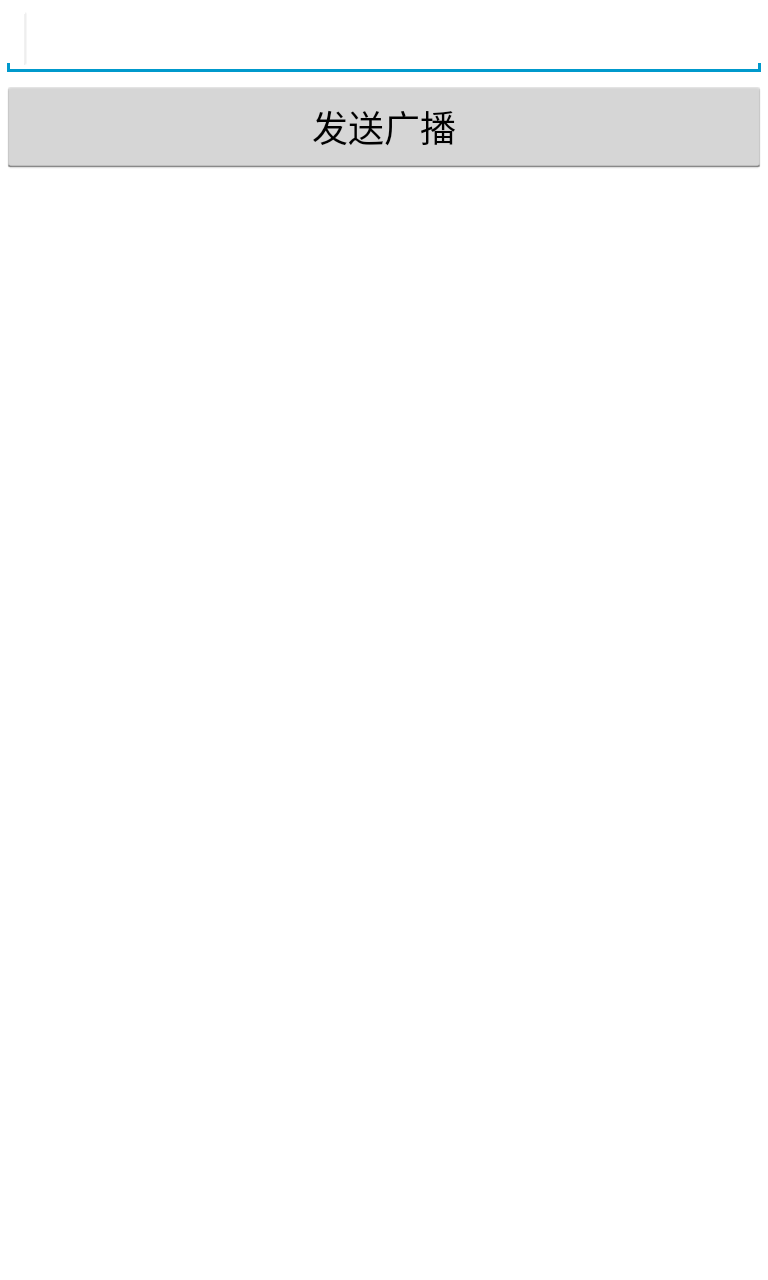
Repository: moetmd/learning-Android
Layout: BroadcastDemo/res/layout/activity_main.xml
An editor plug-in stored every save of this project. The layout is shown before and after the next save, followed by the edit.
It is drawn on a 768 x 1280 px phone screen (xhdpi) without system bars, with theme AppTheme; the app's code is not run.

Above is the layout before, as saved 2014-11-19 03:41:06.

After the next save:
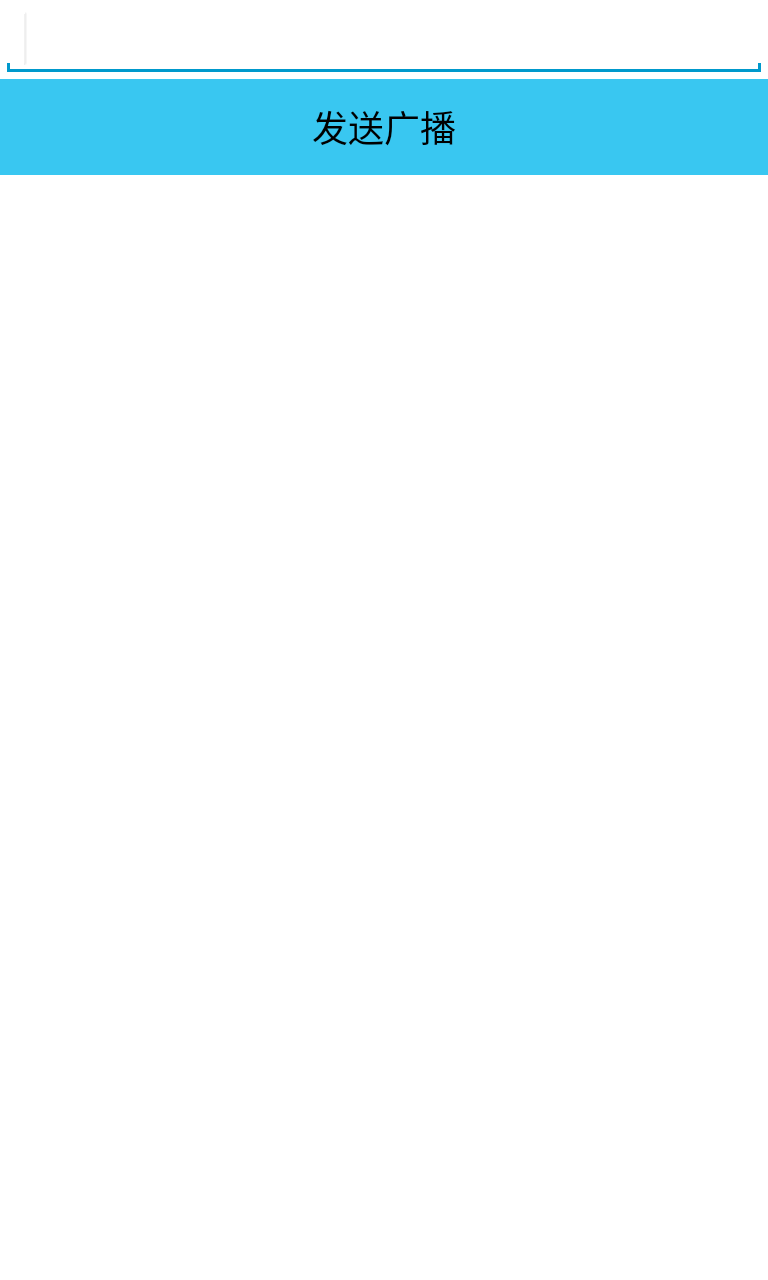
Saved 27 s later.
--- a/BroadcastDemo/res/layout/activity_main.xml
+++ b/BroadcastDemo/res/layout/activity_main.xml
@@ -24,6 +24,7 @@
             android:id="@+id/button1"
             android:layout_width="match_parent"
             android:layout_height="wrap_content"
+            android:background="#39C7F1"
             android:text="发送广播" />
 
     </LinearLayout>
